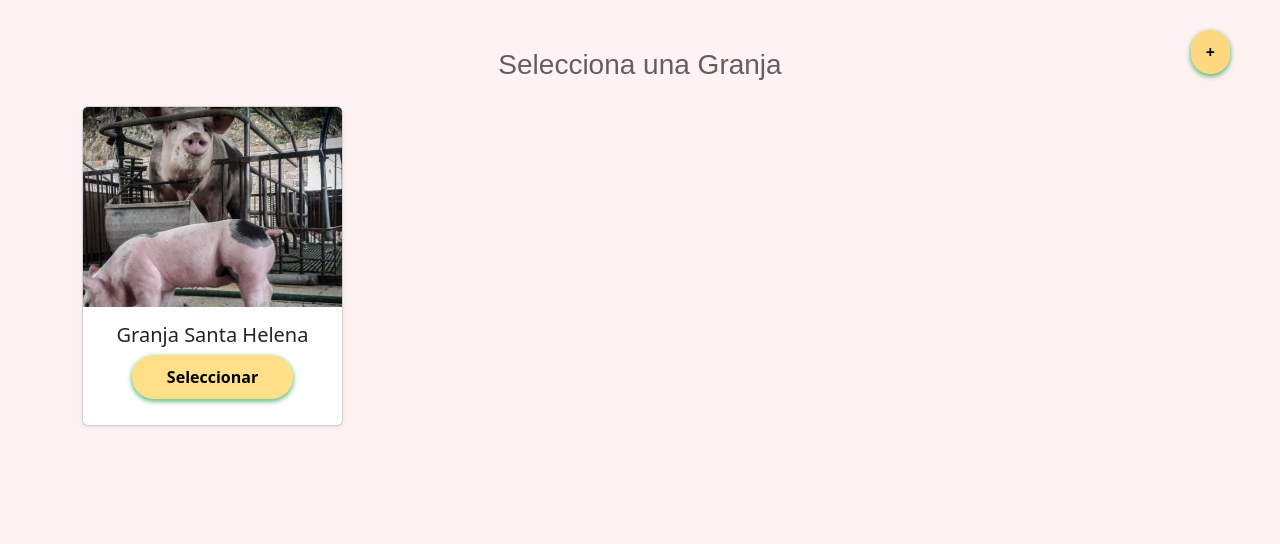
Repository: Mateojimenezz/Granja-Santa-Helena
Page: seleccionarGranja.html
These files come from the project's save history. The page is drawn as it stood at one moment and after the next save; the edit follows.
The browser window is 1280 px wide. The pictures show the whole page.
Some web fonts or font styles are not loaded; a fallback is used.

Above is the page before, as saved 2025-05-13 13:05:12.

### seleccionarGranja.html
<!DOCTYPE html>
<html lang="es">
<head>
    <meta charset="UTF-8">
    <meta name="viewport" content="width=device-width, initial-scale=1.0">
    <title>La Granja</title>
    <link href="https://cdn.jsdelivr.net/npm/bootstrap@5.3.3/dist/css/bootstrap.min.css" rel="stylesheet" integrity="sha384-QWTKZyjpPEjISv5WaRU9OFeRpok6YctnYmDr5pNlyT2bRjXh0JMhjY6hW+ALEwIH" crossorigin="anonymous">

    <link rel="stylesheet" href="./assets/css/seleccionarGranja.css">
    <link rel="stylesheet" href="https://cdn.jsdelivr.net/npm/bootstrap-icons@1.11.3/font/bootstrap-icons.min.css">
    <link href="https://fonts.googleapis.com/css2?family=Calistoga&display=swap" rel="stylesheet">

  </head>
<body>
    <div class="container mt-5">
        <h3 class="text-center mb-4">Selecciona una Granja</h3>

        <div class="row g-4" id="granjas-list">
            <!-- Primera granja fija -->
            <div class="col-md-3 " id="granjas-container">
                <div class="card shadow-sm">
                    <img src="./assets/img/granja2.jpg" class="card-img-top" alt="Santa Helena">
                    <div class="card-body text-center">
                        <h5 class="card-title">Granja Santa Helena</h5>
                        <button class="btn btn-form" onclick="seleccionarGranja('Santa Helena')">Seleccionar</button>
                    </div>
                </div>
            </div>

            <!-- Aquí se agregarán las granjas dinámicamente -->
        </div>

        <!-- Botón para ir a la página de agregar nueva granja -->
        <div class="text-center mt-4">
            <a href="agregarGranja.html" id="agregar-granja" class="btn btn-form"> +  </a>
        </div>
    </div>






  <!-- bootstrap JS -->
  <script src="https://cdn.jsdelivr.net/npm/bootstrap@5.3.3/dist/js/bootstrap.bundle.min.js" integrity="sha384-YvpcrYf0tY3lHB60NNkmXc5s9fDVZLESaAA55NDzOxhy9GkcIdslK1eN7N6jIeHz" crossorigin="anonymous"></script>
  <script src="./assets/js/seleccionarGranja.js"></script>




</body>

</html>

### assets/css/seleccionarGranja.css

@import "./variables.css";
body{
    background-color: var( --color-FondoDiv2);
}
.container h3 {
    text-align: center;
    margin-bottom: 20px;
    color: var(--color-TextoMenuLateral);
    font-family: var(--font-principal);
}
.granja-card {
    width: 150px;
    margin: 10px;
    padding: 10px;
    border: 1px solid #ccc;
    border-radius: 8px;
    text-align: center;
    box-shadow: 0px 2px 4px 1px  rgba(25, 157, 60, 0.6) /* Sombra verde */
}



.granja-card button {
    margin-top: 10px;
    color: white;
    border: none;
    padding: 5px 10px;
    cursor: pointer;
    border-radius: 5px;
}
.card-img-top {
    width: 100%;
    height: 200px; /* Ajusta según el diseño */
    object-fit: cover; /* Recorta la imagen para que se ajuste sin deformarse */

}
.btn-form{
    background-color: var(  --color-Botones);
    padding: 10px 35px;
    margin-bottom: 10px;
    border: none;
    border-radius: 30px;
    color: black;
    font-weight: bold;
    box-shadow: 0 2px 4px 1px  rgba(25, 157, 60, 0.6) /* Sombra verde */

  }
  .btn-form:hover {
    background-color: #f4cf50; /* Tonalidad más oscura */
    color: black;
  }
  .btn-form:active {
    background-color:var(--color-principal)!important;
    color: white !important;
    box-shadow: none !important;
  }

#granjas-container {
    position: relative; /* Habilita posicionamiento dentro del contenedor */
    display: flex;

}

#agregar-granja {
    position: absolute;
    top: 30px; /* Ajusta la distancia desde arriba */
    right: 50px; /* Ajusta la distancia desde la derecha */
    z-index: 100; /* Asegura que el botón esté por encima de otros elementos */
    padding: 10px 15px;
    font-size: 1em;
}
/* Ajuste para pantallas pequeñas */
@media (max-width: 768px) {
    #agregar-granja {
        width: 50px; /* Tamaño más compacto */
        height: 50px;
        font-size: 20px;
        position: fixed; /* Fijarlo para que siempre esté visible */
        bottom: 15px; /* Lo coloca en la parte inferior */
        right: 15px; /* Lo mantiene accesible */
        z-index: 1000; /* Asegura que esté por encima de otros elementos */
    }
}

### assets/css/variables.css
/* variables.css */
:root {
    --color-principal: #1CAD48 ;
    --color-Botones: rgba(255, 187, 0, 0.47);
    --color-texto: white;
    --color-fondo: #f5f5f5;
    --font-principal: 'calistoga','arial';
    --color-fondoDiv: #F8E91C;
    --color-FondoDiv2:#FFF2F2;
    --color-Footter: #D9D9D9;
    --letra-gris: #B0B0B7;
    --color-menu-lateral:#BDEAAD;
    --color-TextoMenuLateral:#645f5f; /* Color de texto del menú lateral */
    --fondo-formularios:#FFFFFF; /* Color de fondo de los formularios */
  }

### assets/js/seleccionarGranja.js
// ✅ Mostrar vista previa de imagen antes de guardarla
document.getElementById("imagen")?.addEventListener("change", function(event) {
    const file = event.target.files[0];
    const reader = new FileReader();

    reader.onload = function() {
        document.getElementById("preview").src = reader.result;
        document.getElementById("preview").style.display = "block";
    };

    if (file) {
        reader.readAsDataURL(file);
    }
});

// ✅ Guardar nueva granja y redirigir a `seleccionarGranja.html`
document.getElementById("form-granja")?.addEventListener("submit", function(event) {
    event.preventDefault();

    const nombreGranja = document.getElementById("nombre").value;
    const urlImagen = document.getElementById("preview").src;

    if (nombreGranja && urlImagen) {
        let granjas = JSON.parse(localStorage.getItem("granjas")) || [];
        granjas.push({ nombre: nombreGranja, imagen: urlImagen });
        localStorage.setItem("granjas", JSON.stringify(granjas));

        alert("Granja agregada correctamente!");

        window.location.href = "seleccionarGranja.html"; // Redirigir
    }
});

// ✅ Cargar las granjas guardadas en `seleccionarGranja.html`
document.addEventListener("DOMContentLoaded", function() {
    const listaGranjas = document.getElementById("granjas-list");
    let granjas = JSON.parse(localStorage.getItem("granjas")) || [];

    if (granjas.length === 0) {
        console.warn("No hay granjas en el localStorage.");
    }

    granjas.forEach(granja => {
        const nuevaGranja = document.createElement("div");
        nuevaGranja.classList.add("col-md-3");

        nuevaGranja.innerHTML = `
            <div class="card shadow-sm">
                <img src="${granja.imagen}" class="card-img-top" alt="Imagen de ${granja.nombre}">
                <div class="card-body text-center">
                    <h5 class="card-title">${granja.nombre}</h5>
                    <button class="btn btn-form" onclick="seleccionarGranja('${granja.nombre}')">Seleccionar</button>
                </div>
            </div>
        `;

        listaGranjas.appendChild(nuevaGranja);
    });
});

function seleccionarGranja(nombre) {
    alert(`Has seleccionado la granja: ${nombre}`);
    localStorage.setItem("granjaSeleccionada", nombre);
    window.location.href = "dashboard.html"; // Redirigir a la vista de la granja
}

// ✅ Guardar la granja seleccionada y redirigir a `inicio.html`
function seleccionarGranja(nombre) {
    localStorage.setItem("granjaSeleccionada", nombre);
    window.location.href = "paginaDeInicio.html"; // Redirigir a la página principal
}

After the next save:
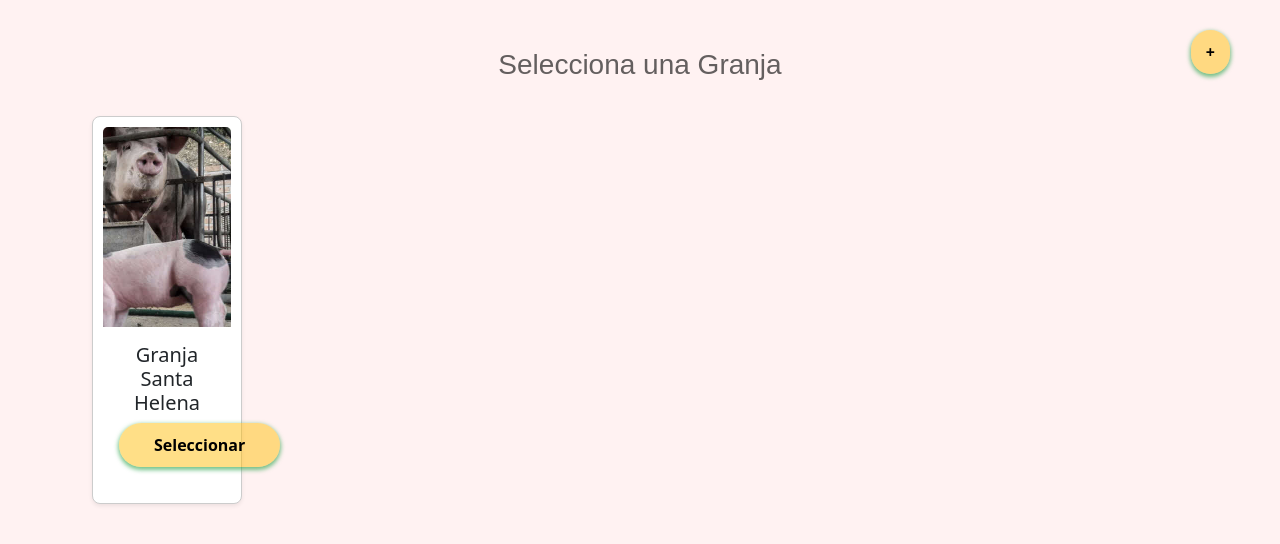
Saved 42 s later.
--- a/assets/css/seleccionarGranja.css
+++ b/assets/css/seleccionarGranja.css
@@ -9,7 +9,7 @@
     color: var(--color-TextoMenuLateral);
     font-family: var(--font-principal);
 }
-.granja-card {
+.card {
     width: 150px;
     margin: 10px;
     padding: 10px;

After the save that followed:
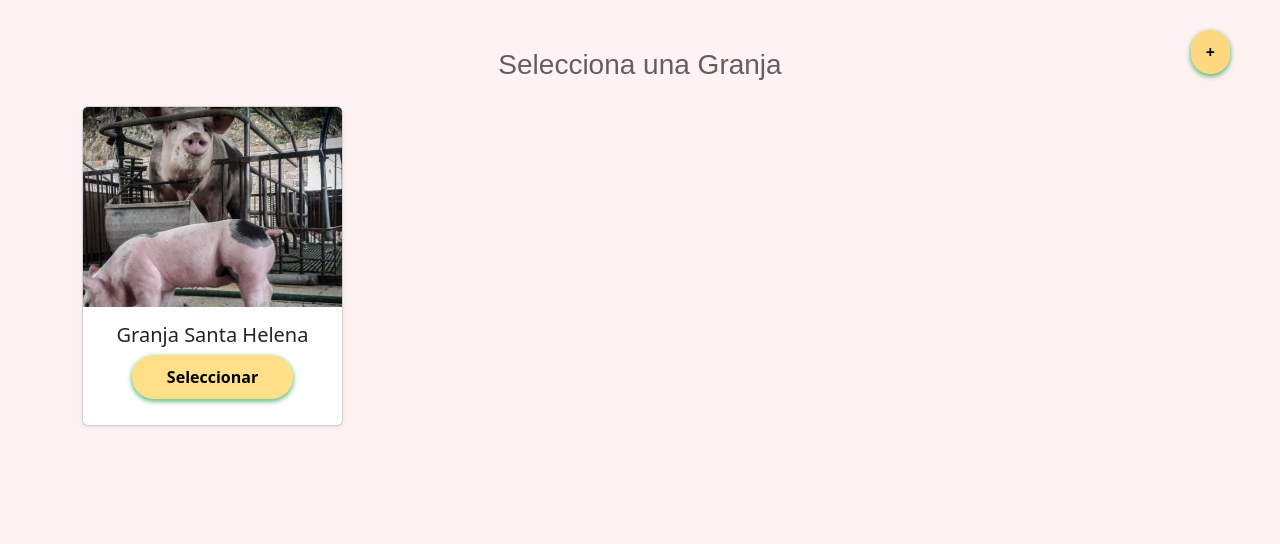
Saved 18 s later.
--- a/assets/css/seleccionarGranja.css
+++ b/assets/css/seleccionarGranja.css
@@ -9,7 +9,7 @@
     color: var(--color-TextoMenuLateral);
     font-family: var(--font-principal);
 }
-.card {
+.granja-card {
     width: 150px;
     margin: 10px;
     padding: 10px;
